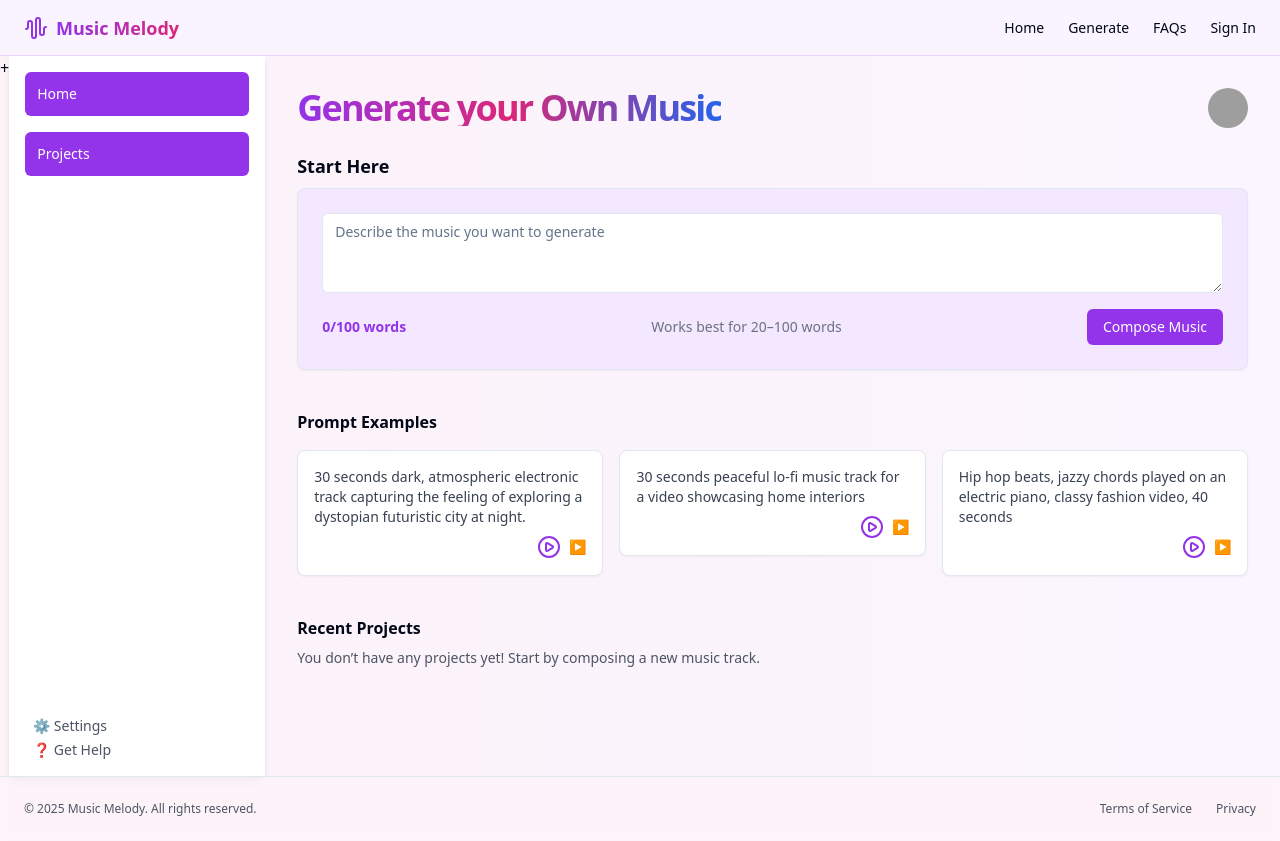
Repository: Aadityakesarwani/musicMelody
Page: /MusicMelodyUI
An editor plug-in stored every save of this project. The page is shown before and after a run of saves, followed by the edit.
The browser window is 1280 px wide. The pictures show the whole page.
Pictures or frames that could not be fetched are drawn as grey boxes. The project was rebuilt for these pictures with package versions that can differ from the ones it lists, and the page was loaded fresh each time. Also part of the build but not shown: vite.config.js, src/components/ui/accordion.jsx, src/components/Faq.jsx, src/components/Hero.jsx, src/components/HowItWorks.jsx, src/context/AuthContext.jsx, src/components/SignIn.jsx, src/components/MusicSection.jsx and 7 more. Imported but missing from the stored project, and not drawn on this page: src/assets/1.mp4, src/assets/2.mp4, src/assets/3.mp4, src/assets/4.mp4, src/assets/5.mp4.

Above is the page before, as saved 2025-04-13 18:58:16.

After the next 3 saves:
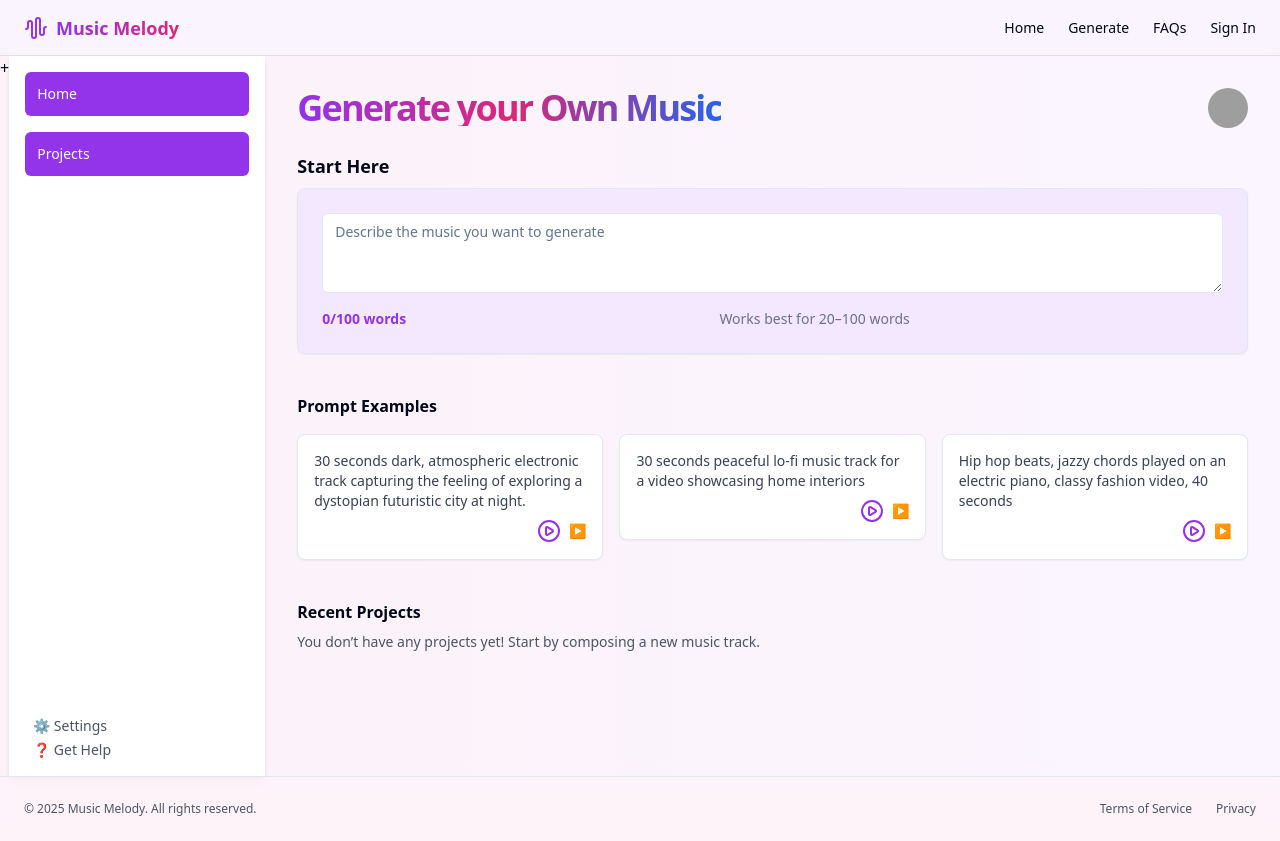
The 3 saves are shown as one change because they came seconds apart.
The last was saved 118 s later.
--- a/src/components/MusicMelodyUI.jsx
+++ b/src/components/MusicMelodyUI.jsx
@@ -60,7 +60,7 @@
             <div className="flex justify-between items-center text-sm">
               <span className="text-purple-600 font-bold">0/100 words</span>
               <span className="text-gray-500">Works best for 20–100 words</span>
-              <Button variant="default" className="bg-purple-600 hover:bg-purple-700 text-white px-4 py-2">Compose Music</Button>
+              <Link></Link>
             </div>
           </Card>
         </section>

After the 5 saves that followed:
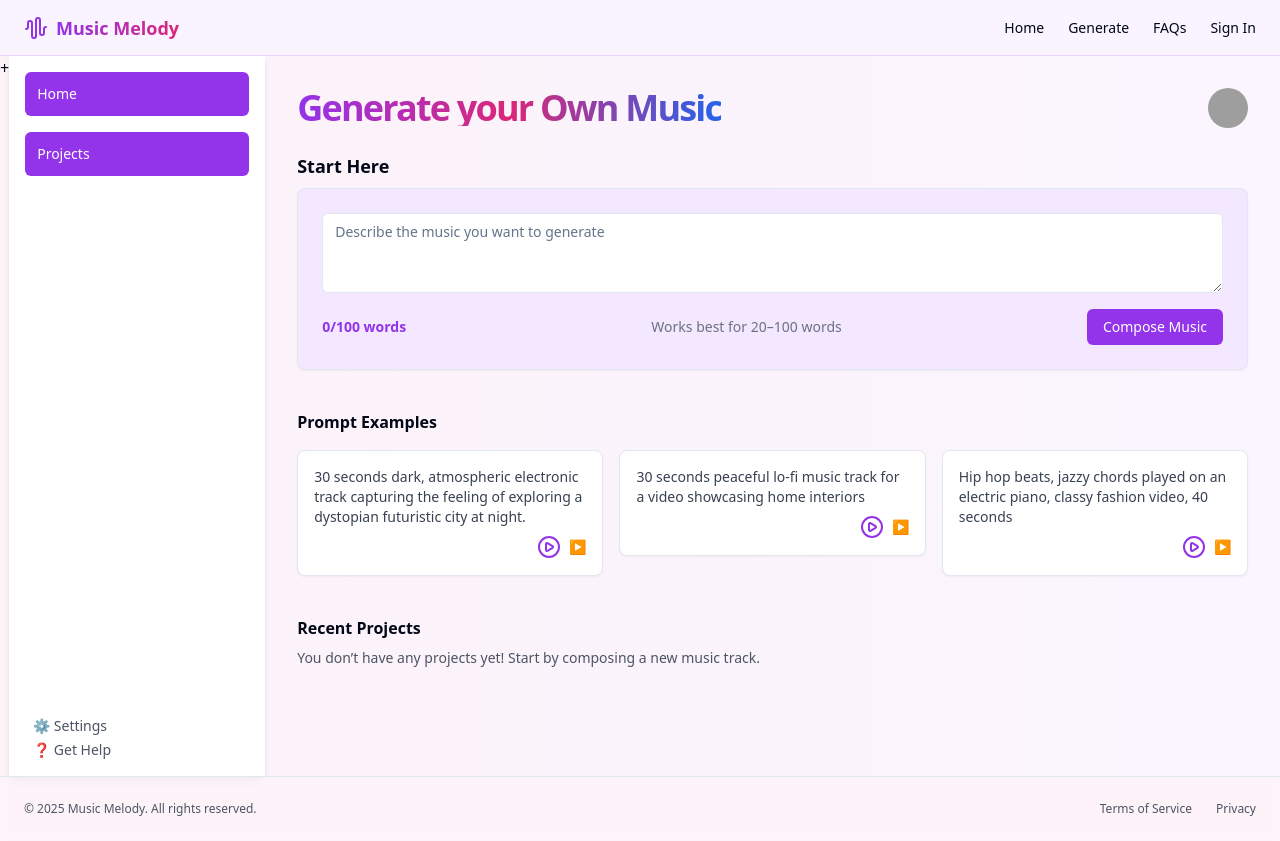
The 5 saves are shown as one change because 2 left the picture as it was and some came seconds apart.
The last was saved 18 s later.
--- a/src/components/MusicMelodyUI.jsx
+++ b/src/components/MusicMelodyUI.jsx
@@ -60,7 +60,8 @@
             <div className="flex justify-between items-center text-sm">
               <span className="text-purple-600 font-bold">0/100 words</span>
               <span className="text-gray-500">Works best for 20–100 words</span>
-              <Link></Link>
+              <Link to="/home">
+              <Button variant="default" className="bg-purple-600 hover:bg-purple-700 text-white px-4 py-2">Compose Music</Button></Link>
             </div>
           </Card>
         </section>
